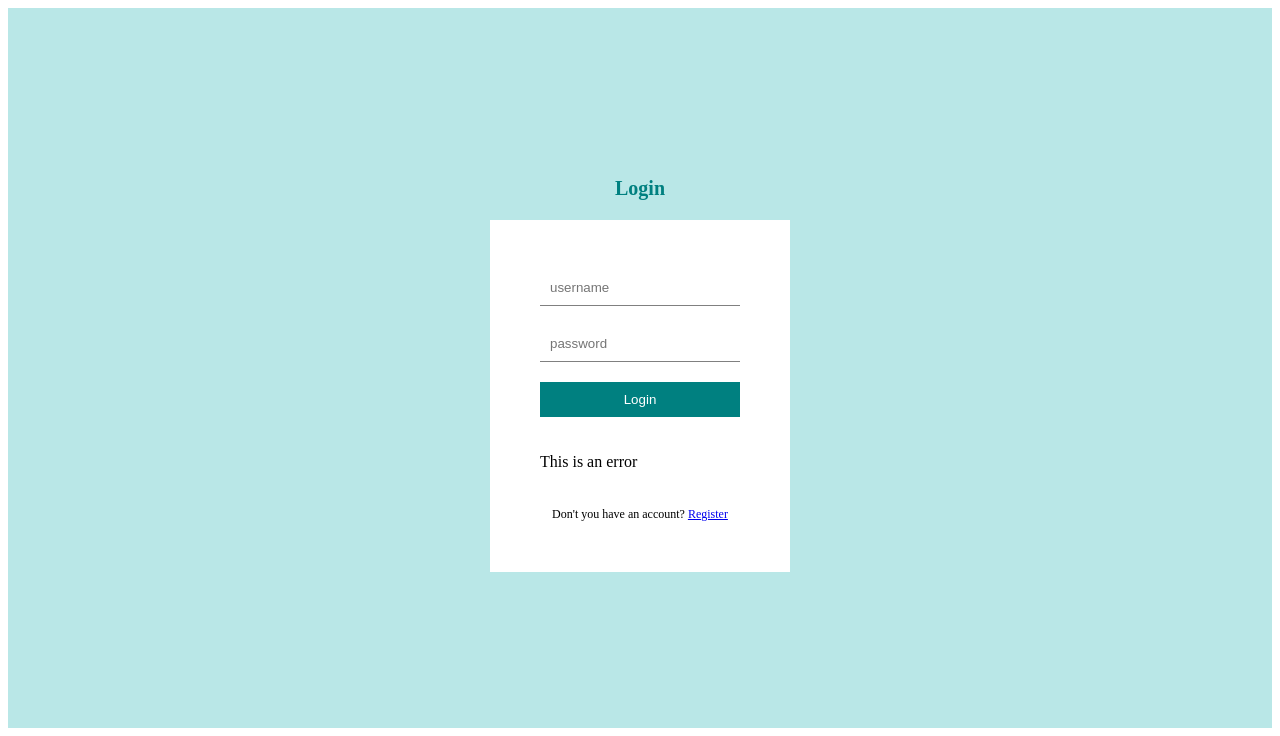
Repository: Jace9999/V-Blog
Page: /login (app in client/youtube2022/)
These files come from the project's save history. The page is drawn as it stood at one moment and after the next save; the edit follows.
The browser window is 1280 px wide. The pictures show the whole page.
The project was rebuilt for these pictures with package versions that can differ from the ones it lists, and the page was loaded fresh each time. Also part of the build but not shown: client/youtube2022/src/pages/Register.jsx, client/youtube2022/src/pages/Home.jsx, client/youtube2022/src/pages/Single.jsx, client/youtube2022/src/pages/Write.jsx, client/youtube2022/src/components/Navbar.jsx, client/youtube2022/src/components/Footer.jsx.

Above is the page before, as saved 2023-08-02 14:46:09.

After the next save:
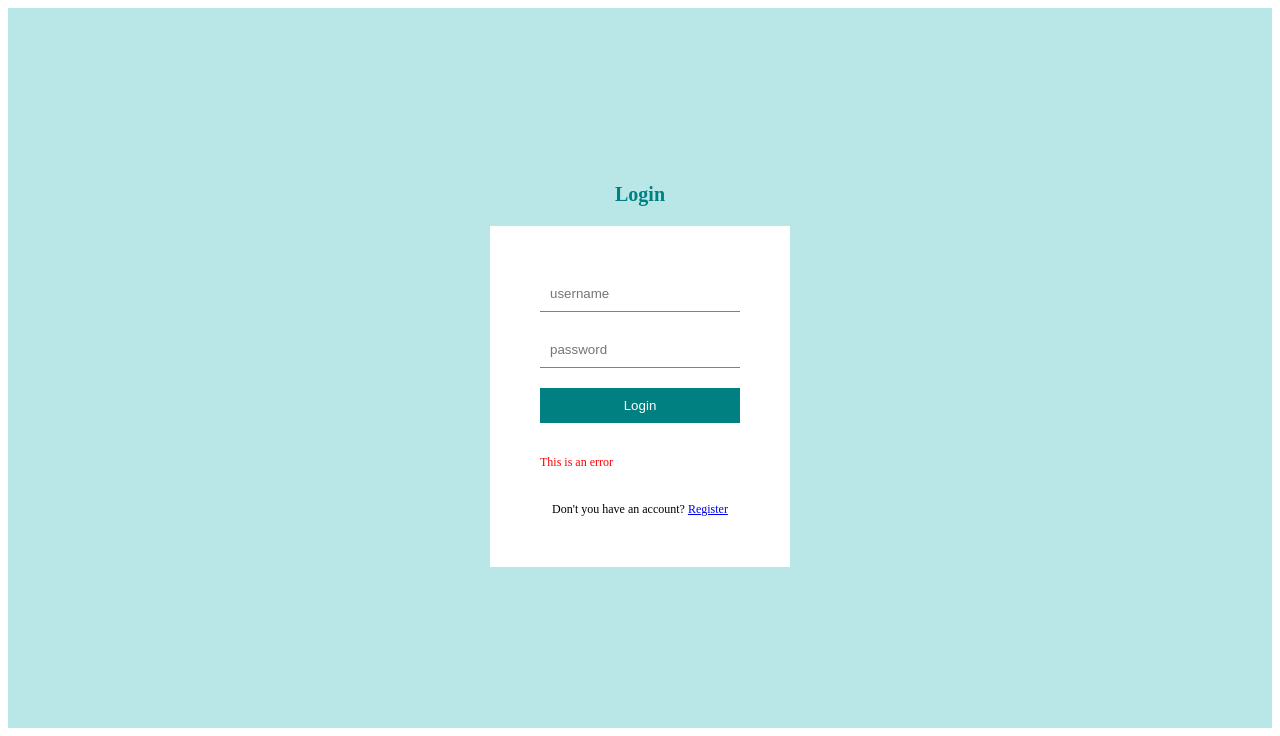
Saved 19 s later.
--- a/client/youtube2022/src/style.scss
+++ b/client/youtube2022/src/style.scss
@@ -40,6 +40,11 @@ $lightGreen: #b9e7e7;
                     color: white;
                 }
 
+                p{
+                    font-size: 12px;
+                    color: red;
+                }
+
                 span{
                     font-size: 12px;
                     text-align: center;
